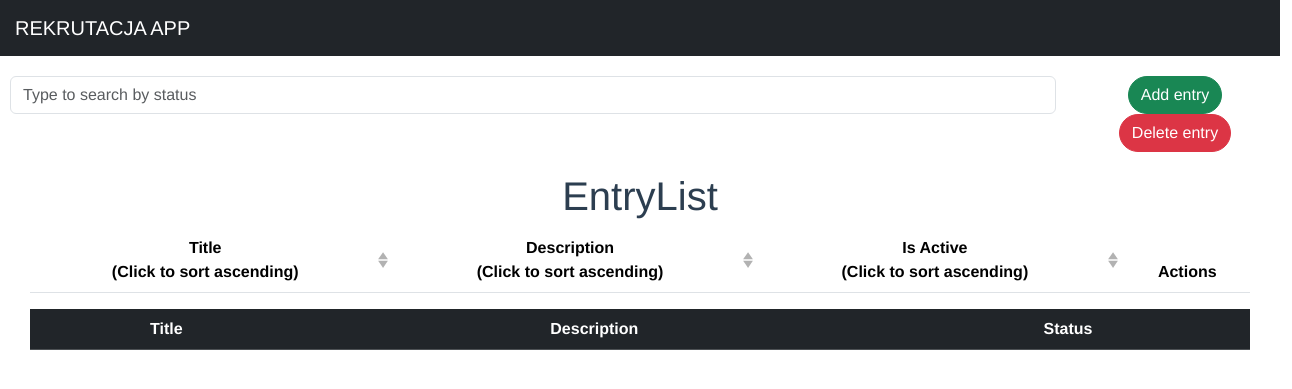
Repository: Madaless/vue_elastic
Page: / (app in vuejsapp/crudapp/)
An editor plug-in stored every save of this project. The page is shown before and after the next save, followed by the edit.
The browser window is 1280 px wide. The page is 1292 px wide, so the pictures cover 1292 px, including what lies to the right of the window. The pictures show the whole page.
The page's requests for data from a server got no answer. The project was rebuilt for these pictures with package versions that can differ from the ones it lists, and the page was loaded fresh each time. No one was signed in, and anything a server would have sent is missing.

Above is the page before, as saved 2021-09-12 16:13:59.

### vuejsapp/crudapp/src/main.js
import Vue from 'vue'
import App from './App.vue'
import store from  './store/index'
import { BootstrapVue, IconsPlugin } from 'bootstrap-vue'

// Import Bootstrap an BootstrapVue CSS files (order is important)
import 'bootstrap/dist/css/bootstrap.css'
import 'bootstrap-vue/dist/bootstrap-vue.css'

// Make BootstrapVue available throughout your project
Vue.use(BootstrapVue)
// Optionally install the BootstrapVue icon components plugin
Vue.use(IconsPlugin)

Vue.config.productionTip = false

new Vue({
  store,
  render: h => h(App),
}).$mount('#app')

### vuejsapp/crudapp/src/App.vue
<template>
  <div id="app">
    <b-navbar class="navbar navbar-expand navbar-dark bg-dark">
      <b-navbar-brand id="header" href="#">REKRUTACJA APP</b-navbar-brand>
    </b-navbar>

    <b-row id = "filterEntry">
      <b-col sm="10"><FilterEntry /></b-col>
      <b-col sm="2"><AddEntry /></b-col>
    </b-row>

    <EntryList />
  </div>
</template>

<script>
import AddEntry from "./components/AddEntry.vue";
import FilterEntry from "./components/FilterEntry.vue";
import EntryList from "./components/EntryList.vue";

export default {
  name: "App",
  components: {
    AddEntry,
    FilterEntry,
    EntryList,
  },
};
</script>

<style>
#app {
  font-family: Avenir, Helvetica, Arial, sans-serif;
  -webkit-font-smoothing: antialiased;
  -moz-osx-font-smoothing: grayscale;
  text-align: center;
  color: #2c3e50;
}
#header {
  padding-left: 15px;
}

#filterEntry {
    padding-top: 20px;
    padding-bottom: 20px;
    padding-left: 10px;
    padding-right: 10px;
}
</style>

### vuejsapp/crudapp/src/store/index.js
import Vuex from 'vuex';
import Vue from 'vue';
import entryList from './modules/entryList';

Vue.use(Vuex);

export default new Vuex.Store({
    modules: {
        entryList
    }
})

### vuejsapp/crudapp/src/components/AddEntry.vue
<template>
  <div>
    <b-button pill block variant="success">Add entry</b-button>
    <b-button pill block variant="danger">Delete entry</b-button>
  </div>
</template>

<script>
export default {
  setup() {},
};
</script>

<style scoped>
</style>

### vuejsapp/crudapp/src/components/FilterEntry.vue
<template>
  <div>
    <b-form-input
      id="filter-input"
      v-model="filter"
      type="search"
      placeholder="Type to search by status"
    ></b-form-input>
  </div>
</template>

<script>
export default {
  setup() {},
};
</script>

<style scoped>

</style>

### vuejsapp/crudapp/src/components/EntryList.vue
<template>
  <div id="entryList">
    <h1>EntryList</h1>

    <div class="todos">
      <b-table :items="entryList" :fields="fields">
        <template #cell(name)="row">
          {{ row.value.first }} {{ row.value.last }}
        </template>

        <template #cell(actions)="row">
          <b-button
            size="sm"
            @click="info(row.item, row.index, $event.target)"
            class="mr-1"
          >
            Info modal
          </b-button>
          <b-button size="sm" @click="row.toggleDetails">
            {{ row.detailsShowing ? "Hide" : "Show" }} Details
          </b-button>
        </template>

        <template #row-details="row">
          <b-card>
            <ul>
              <li v-for="(value, key) in row.item" :key="key">
                {{ key }}: {{ value }}
              </li>
            </ul>
          </b-card>
        </template>
      </b-table>
      <table class="table table-striped table-dark">
        <thead>
          <tr>
            <th>Title</th>
            <th>Description</th>
            <th>Status</th>
          </tr>
        </thead>
        <tbody>
          <tr v-for="entry in entryList" v-bind:key="entry.key">
            <td>{{ entry.title }}</td>
          </tr>
        </tbody>
      </table>
    </div>
  </div>
</template>

<script>
import { mapGetters, mapActions } from "vuex";

export default {
  name: "EntryList",
  methods: {
    ...mapActions(["fetchEntryList"]),
  },
  computed: mapGetters(["entryList"]),
  created() {
    this.fetchEntryList();
  },
  data() {
    return {
      items: [
        {
          isActive: true,
          age: 40,
          name: { first: "Dickerson", last: "Macdonald" },
        },
        { isActive: false, age: 21, name: { first: "Larsen", last: "Shaw" } },
        {
          isActive: false,
          age: 9,
          name: { first: "Mini", last: "Navarro" },
          _rowVariant: "success",
        },
        { isActive: false, age: 89, name: { first: "Geneva", last: "Wilson" } },
        { isActive: true, age: 38, name: { first: "Jami", last: "Carney" } },
        { isActive: false, age: 27, name: { first: "Essie", last: "Dunlap" } },
        { isActive: true, age: 40, name: { first: "Thor", last: "Macdonald" } },
        {
          isActive: true,
          age: 87,
          name: { first: "Larsen", last: "Shaw" },
          _cellVariants: { age: "danger", isActive: "warning" },
        },
        { isActive: false, age: 26, name: { first: "Mitzi", last: "Navarro" } },
        {
          isActive: false,
          age: 22,
          name: { first: "Genevieve", last: "Wilson" },
        },
        { isActive: true, age: 38, name: { first: "John", last: "Carney" } },
        { isActive: false, age: 29, name: { first: "Dick", last: "Dunlap" } },
      ],
      fields: [
        {
          key: "title",
          label: "Title",
          sortable: true,
          sortDirection: "desc",
        },
        {
          key: "description",
          label: "Description",
          sortable: true,
          class: "text-center",
        },
        {
          key: "isActive",
          label: "Is Active",
          formatter: (value) => {
            return value ? "Yes" : "No";
          },
          sortable: true,
          sortByFormatted: true,
          filterByFormatted: true,
        },
        { key: "actions", label: "Actions" },
      ],
    };
  },
};
</script>

<style scoped>
#entryList {
  padding-left: 30px;
  padding-right: 30px;
}
</style>

### vuejsapp/crudapp/src/store/modules/entryList.js
import axios from 'axios';

const state = {
  entryList: []
};
// get the state
const getters = {
  entryList: (state) => {
    return state.entryList
  }
};

const actions = {
    // fetch from api
  async fetchEntryList({ commit }) {
    const response = await axios.get('https://jsonplaceholder.typicode.com/todos');

    commit('setEntryList', response.data);
  }
}

const mutations = {
    setEntryList: (state, entryList) => (state.entryList = entryList)
};

export default {
    state,
    getters,
    actions,
    mutations
};

Loaded but not shown: vuejsapp/crudapp/public/index.html (common file)

After the next save:
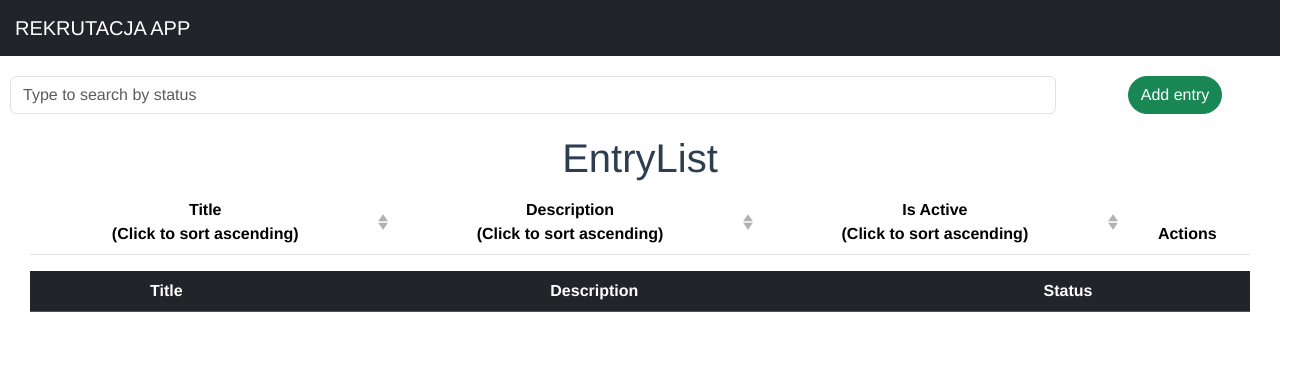
Saved 50 min 8 s later.
--- a/vuejsapp/crudapp/src/components/AddEntry.vue
+++ b/vuejsapp/crudapp/src/components/AddEntry.vue
@@ -1,7 +1,6 @@
 <template>
   <div>
     <b-button pill block variant="success">Add entry</b-button>
-    <b-button pill block variant="danger">Delete entry</b-button>
   </div>
 </template>
 
